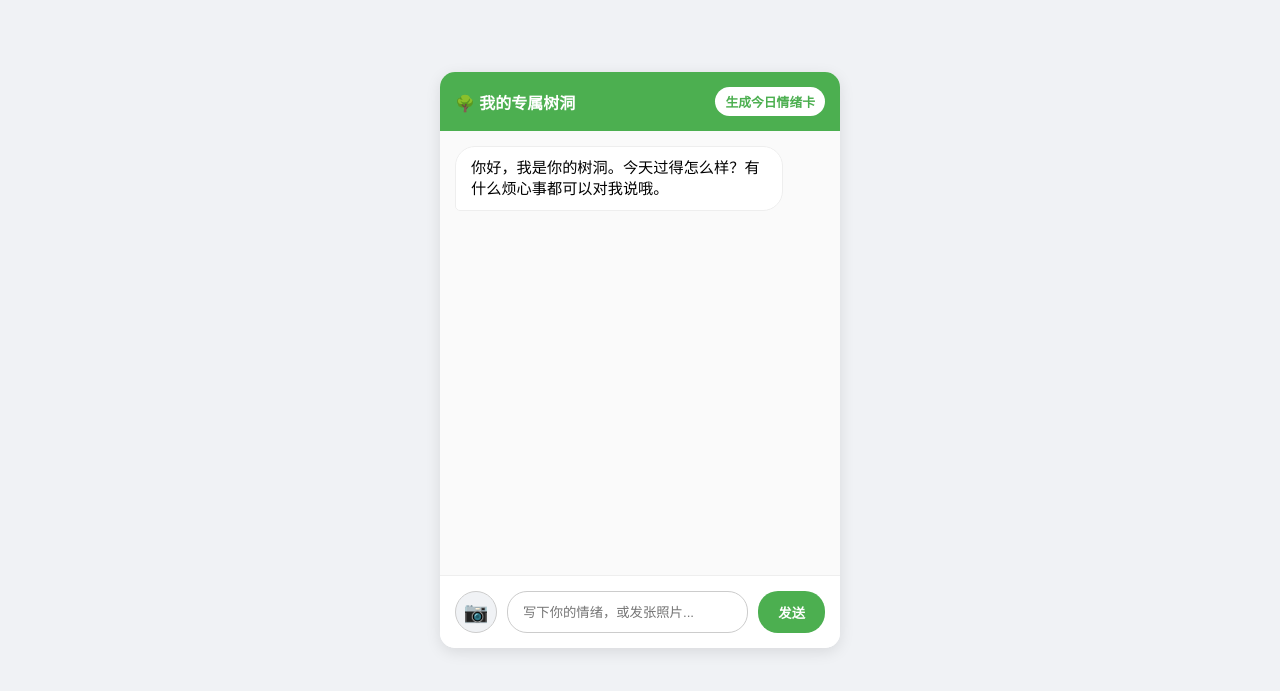
Repository: QinghuaSun1127/Tree_house
Page: index.html
The author's editor kept a copy of each file at every save. The page is drawn from the files as they stood at one save, then again after the next save.
The browser window is 1280 px wide. The pictures show the whole page.

Above is the page before, as saved 2026-04-09 22:27:03.

After the next save:
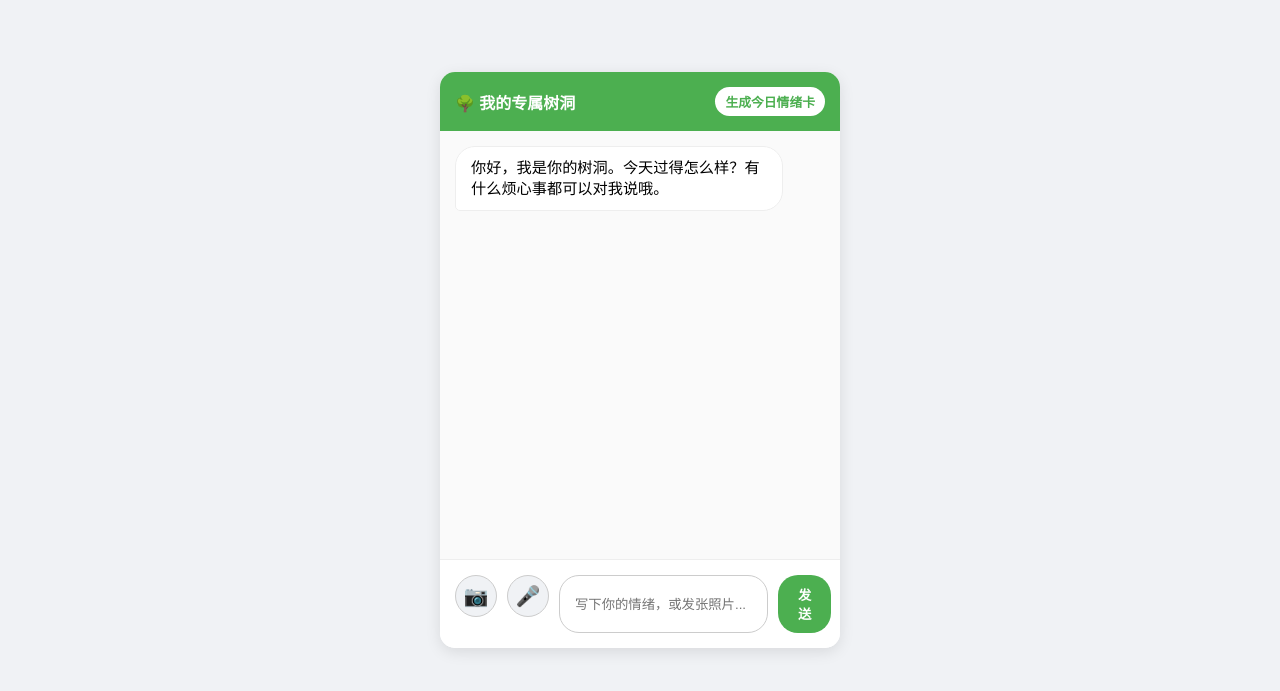
Saved 5 min 18 s later.
--- a/index.html
+++ b/index.html
@@ -159,6 +159,7 @@
         <div class="input-area">
             <input type="file" id="imageInput" accept="image/*" style="display: none;" onchange="previewImage()">
             <button class="upload-btn" onclick="document.getElementById('imageInput').click()">📷</button>
+            <button class="upload-btn" id="micBtn" onclick="toggleVoice()" title="点击开始/停止说话">🎤</button>
 
             <input type="text" id="userInput" placeholder="写下你的情绪，或发张照片..." onkeypress="handleKeyPress(event)">
             <button class="send-btn" onclick="sendMessage()">发送</button>
